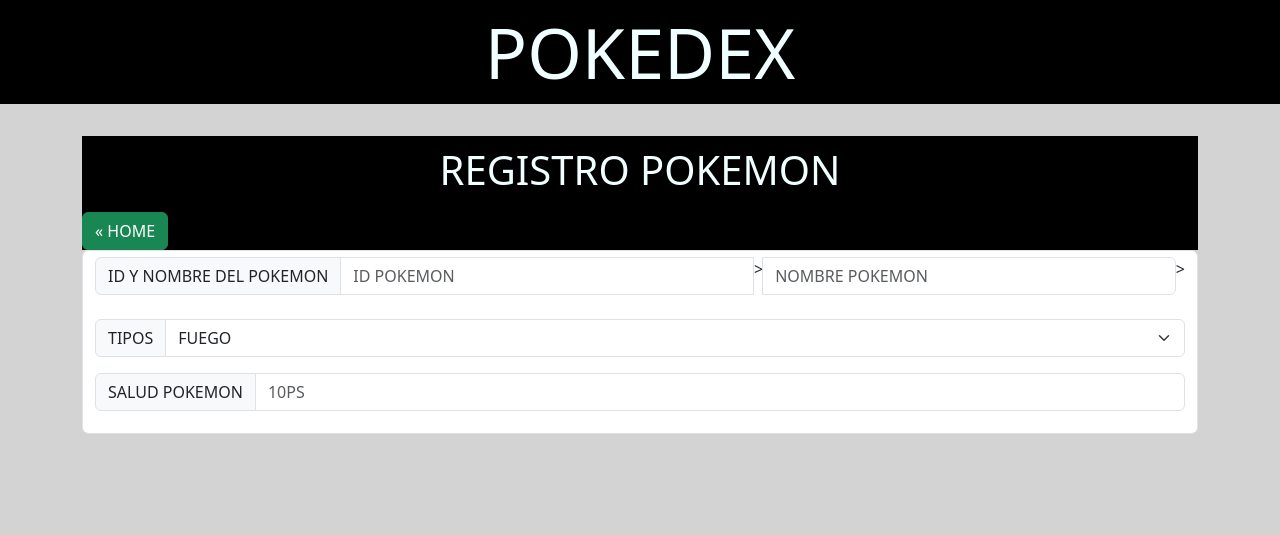
Repository: Edi521/Paginas-web-con-thymeleaf
Page: http://localhost/registro
An editor plug-in stored every save of this project. The page is shown before and after the next save, followed by the edit.
The browser window is 1280 px wide. The pictures show the whole page.
The page is this project's Thymeleaf template; nobody is signed in. The template is opened directly, without the code that normally fills it, so the values that code supplies are empty.

Above is the page before, as saved 2024-11-27 00:24:56.

After the next save:
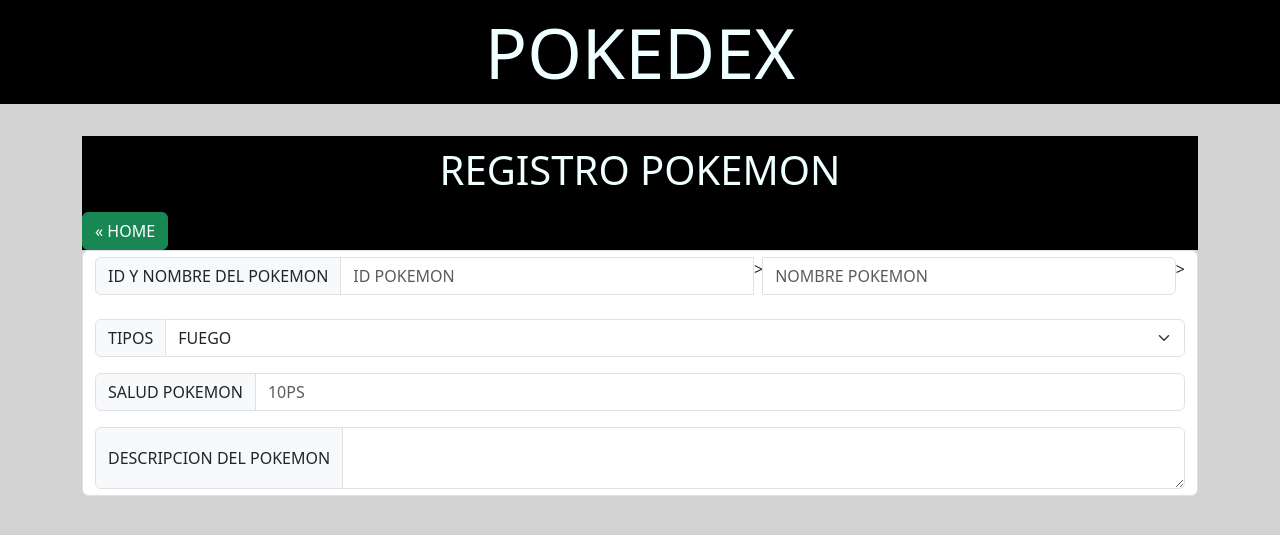
Saved 81 s later.
--- a/Pokedex/src/main/resources/templates/registro.html
+++ b/Pokedex/src/main/resources/templates/registro.html
@@ -47,6 +47,11 @@
 					  <input type="number" class="form-control" placeholder="10PS" name="salud" required>
 					</div>
 
+					<div class="input-group">
+					  <span class="input-group-text">DESCRIPCION DEL POKEMON</span>
+					  <textarea class="form-control" name="descripcion" required></textarea>
+					</div>
+
 				</form>
 			</div>
 
